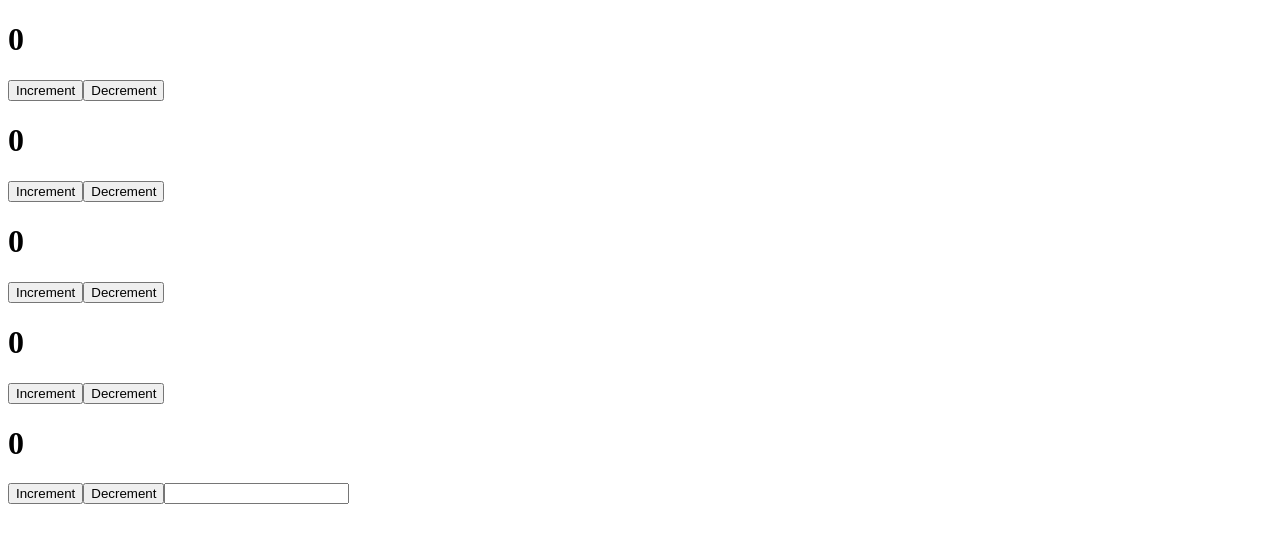
Repository: otvertka/ulb2_react
Page: / (app in jk_project/)
An editor plug-in stored every save of this project. The page is shown before and after the next save, followed by the edit.
The browser window is 1280 px wide. The pictures show the whole page.
The project was rebuilt for these pictures with package versions that can differ from the ones it lists, and the page was loaded fresh each time.

Above is the page before, as saved 2023-09-07 11:54:30.

After the next save:
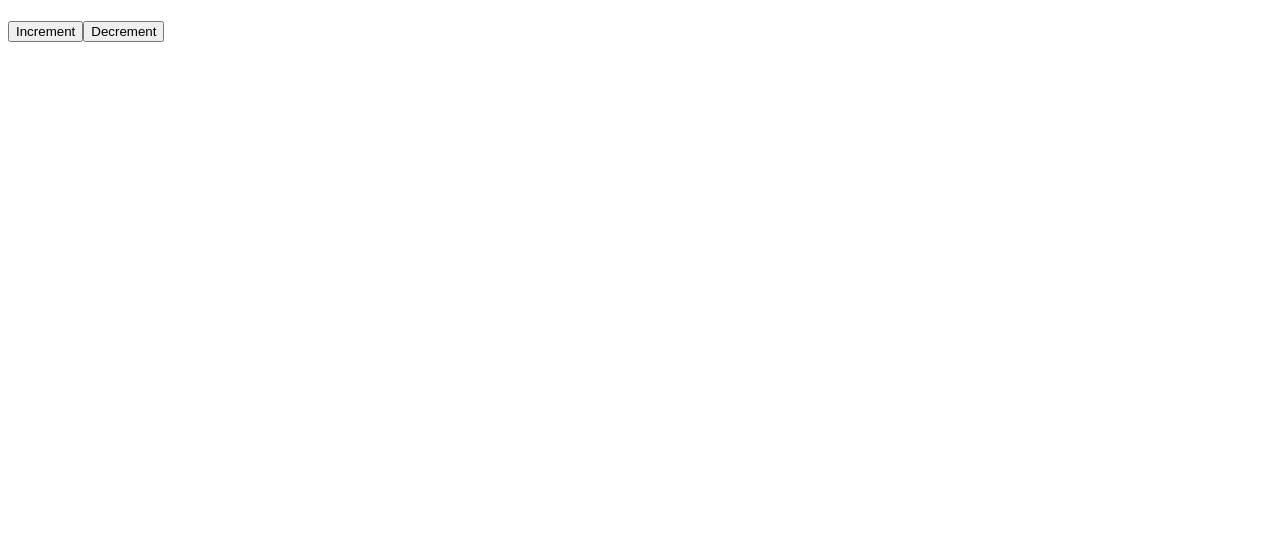
Saved 87 s later.
--- a/jk_project/src/App.js
+++ b/jk_project/src/App.js
@@ -1,5 +1,6 @@
 import React, { useState } from "react";
 import Counter from "./component/Counter";
+import ClassCounter from "./component/ClassCounter";
 
 function App() {
   const [count, setCount] = useState(0);
@@ -17,12 +18,7 @@ function App() {
 
   return (
     <div className="App">
-      <Counter />
-      <Counter />
-      <Counter />
-      <Counter />
-      <Counter />
-      <input onChange={inpHandler} type="text" value={value} />
+      <ClassCounter />
     </div>
   );
 }
